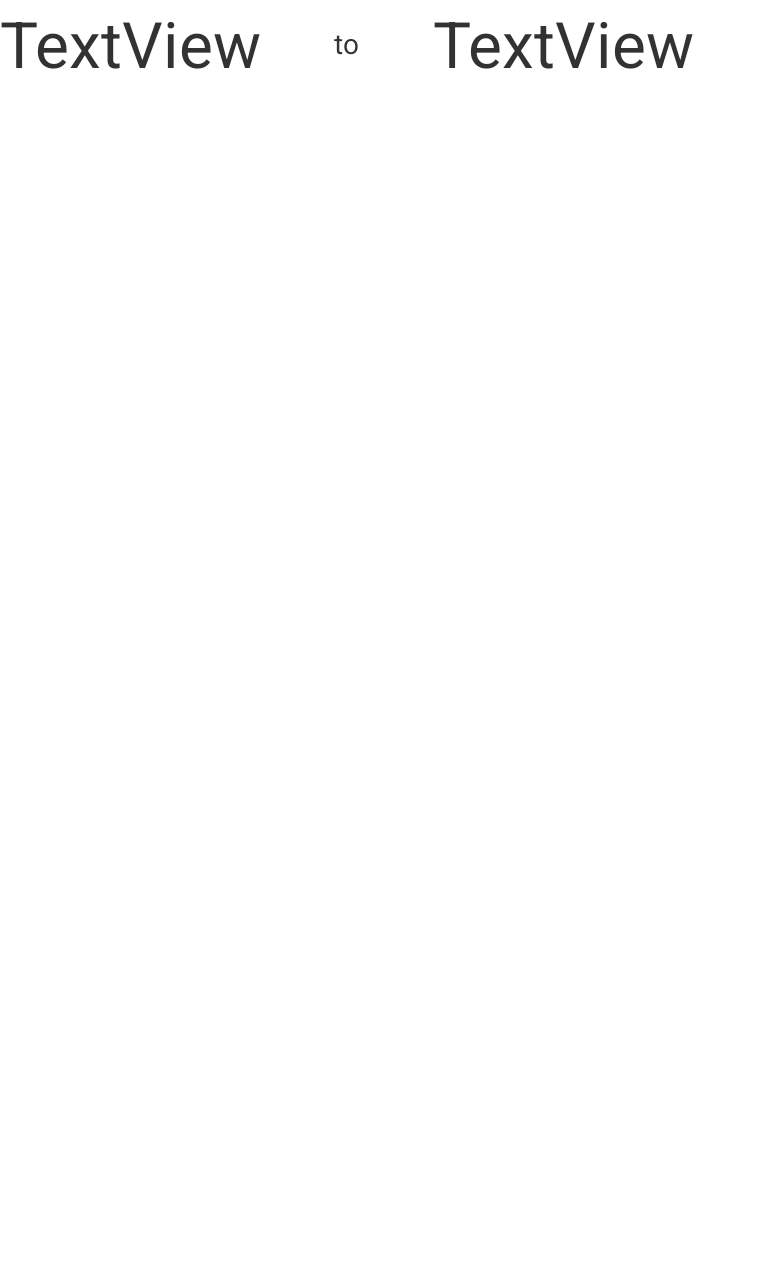
Repository: downinew/AndroidCoachesRaceTimer
Layout: CoachesRaceTimer/res/layout/convert_dialog.xml
An editor plug-in stored every save of this project. The layout is shown before and after the next save, followed by the edit.
It is drawn on a 768 x 1280 px phone screen (xhdpi) without system bars, with theme AppTheme; the app's code is not run.

Above is the layout before, as saved 2015-02-19 02:19:29.

After the next save:
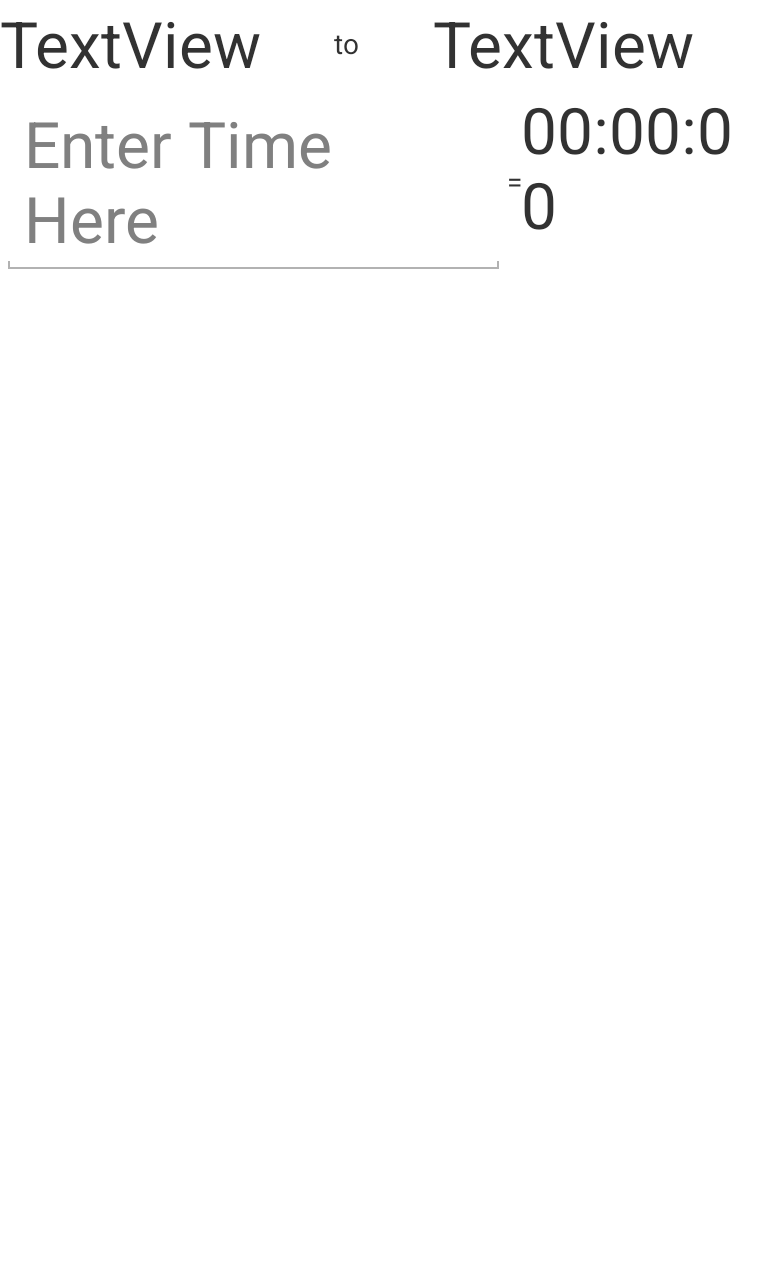
Saved 102 s later.
--- a/CoachesRaceTimer/res/layout/convert_dialog.xml
+++ b/CoachesRaceTimer/res/layout/convert_dialog.xml
@@ -36,7 +36,38 @@
             android:text="TextView" />
 
     </LinearLayout>
+    <LinearLayout
+        android:layout_width="match_parent"
+        android:layout_height="wrap_content"
+        android:orientation="horizontal">
 
+        <EditText
+            android:id="@+id/convertTime1"
+            android:layout_width="wrap_content"
+            android:layout_gravity="start"
+            android:layout_weight="1"
+            android:textSize="32sp"
+            android:layout_height="wrap_content"
+            android:hint="Enter Time Here" />
+
+        <TextView
+            android:id="@+id/toText"
+            android:layout_width="wrap_content"
+            android:layout_weight="1"
+            android:layout_gravity="center"
+            android:layout_height="wrap_content"
+            android:text="=" />
+
+        <TextView
+            android:id="@+id/convertTime2"
+            android:layout_width="wrap_content"
+            android:layout_gravity="end"
+            android:layout_weight="1"
+            android:textSize="32sp"
+            android:layout_height="wrap_content"
+            android:text="00:00:00" />
+
+    </LinearLayout>
 
 
 
